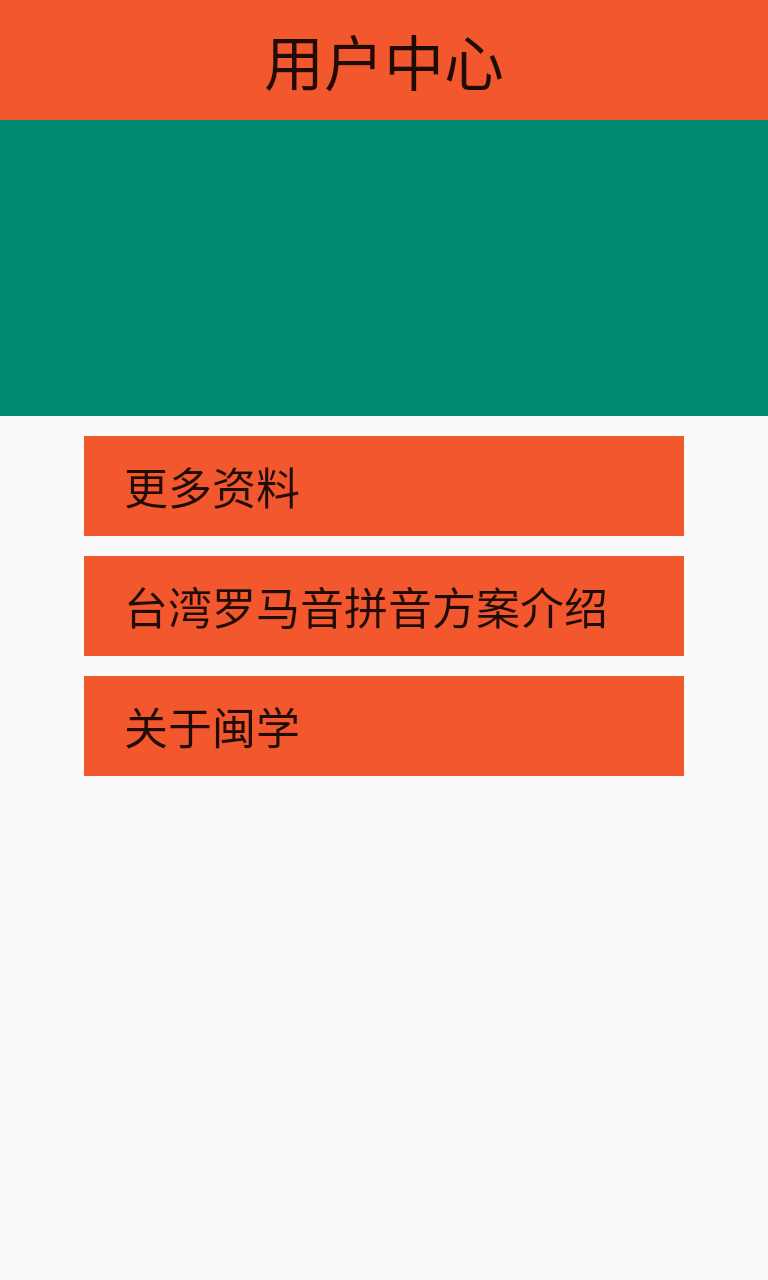
Repository: DIRONY/MinXue
Layout: MinXue/res/layout/yonghu_layout.xml
The author's editor kept a copy of each file at every save. The layout is drawn from the files as they stood at one save, then again after the next save.
It is drawn on a 768 x 1280 px phone screen (xhdpi) without system bars, with theme AppTheme; the app's code is not run.

Above is the layout before, as saved 2014-12-15 05:53:53.

After the next save:
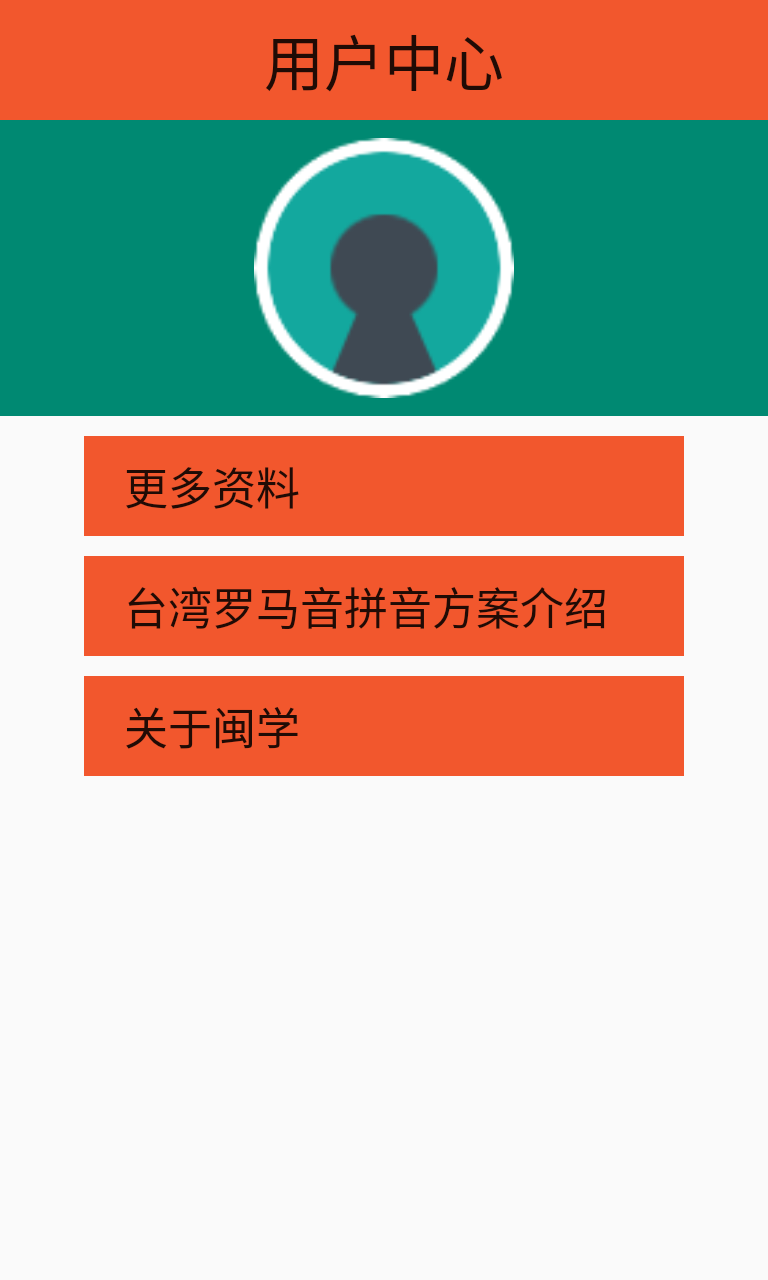
Saved 3 min 43 s later.
--- a/MinXue/res/layout/yonghu_layout.xml
+++ b/MinXue/res/layout/yonghu_layout.xml
@@ -29,6 +29,15 @@
             android:layout_width="match_parent"
             android:layout_height="148dp"
             android:background="@color/softgreen" >
+
+            <ImageView
+                android:id="@+id/imageView1"
+                android:layout_width="130dp"
+                android:layout_height="130dp"
+                android:layout_centerHorizontal="true"
+                android:layout_centerVertical="true"
+                android:src="@drawable/default_avatar" />
+
         </RelativeLayout>
 
         <RelativeLayout
